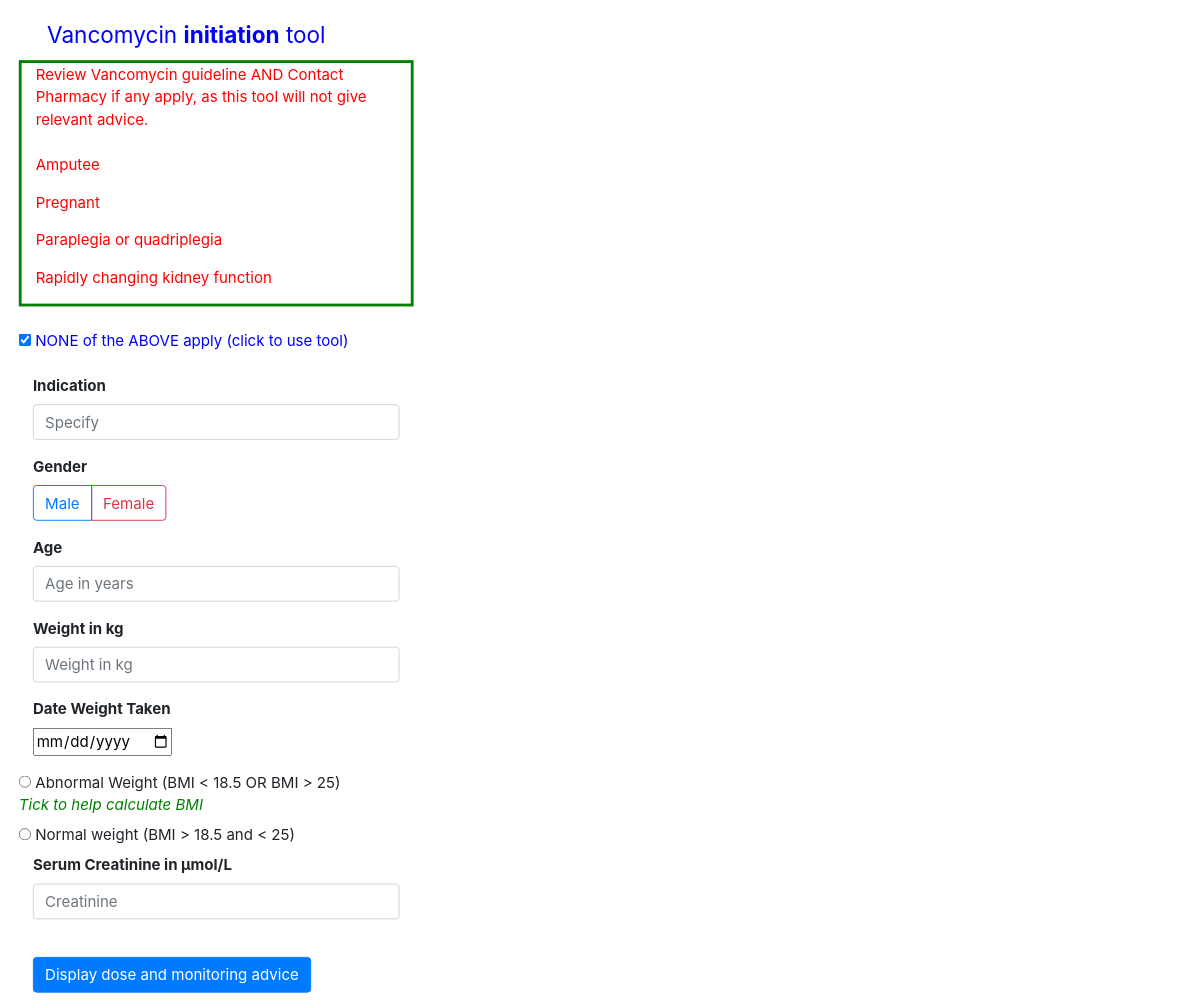
Repository: Mismiles/project-clinical-calculator
Page: index.html
The author's editor kept a record of every edit. The page is drawn from the files as they stood at one moment, then again after the next edit.
The browser window is 1280 px wide. The pictures show the whole page, at 94% of full size.
After loading, the first visible `#showform` was clicked once.

Above is the page before.

### index.html
<!doctype html>
<html lang="en">
  <head>
    <!-- Required meta tags -->
    <meta charset="utf-8">
    <meta name="viewport" content="width=device-width, initial-scale=1, shrink-to-fit=no">

    <!-- Bootstrap CSS -->
    <link rel="stylesheet" href="https://stackpath.bootstrapcdn.com/bootstrap/4.3.1/css/bootstrap.min.css" integrity="sha384-ggOyR0iXCbMQv3Xipma34MD+dH/1fQ784/j6cY/iJTQUOhcWr7x9JvoRxT2MZw1T" crossorigin="anonymous">

    <!-- Custom CSS -->
    <link href="css/stylesheet.css" rel="stylesheet">

    <title>Vancomycin calculation tool</title>

  </head>
  <body>

<form name="vanc">
<fieldset>

<!-- Form Name -->
<legend>Vancomycin <b>initiation</b> tool</legend>

<!-- Parameters -->
<section id='parameters'>
  <div class="col-lg-4 statement" for="parameters" style="color:red">Review Vancomycin guideline AND Contact<br>Pharmacy if any apply, as this tool will not give<br>relevant advice.
    <br>
    <br>
    <p>Amputee</p>
    <p>Pregnant</p>
    <p>Paraplegia or quadriplegia</p>
    <p>Rapidly changing kidney function</p>
	</div>
</section>

<!-- Safe to use tool-->
	<br>
	<div style="color:blue">
      <input type="checkbox" name="parameters" id="showform" onclick="displayForm(); hideParameters();">
      NONE of the ABOVE apply (click to use tool)
</div>

<section id='vancform'>
<!-- Indication-->
<br>
<div class="form-group">
  <label class="col-md-4 control-label" for="indication"><b>Indication</b></label>
  <div class="col-md-4">
  <input id="ind" name="indication" type="text" autocomplete="off" placeholder="Specify" class="form-control input-md" required="">
  </div>
</div>

<!-- Gender -->
<div class="form-group">
  <label class="col-md-4 control-label" for="gender"><b>Gender</b></label>
  <div class="col-md-4">
   <div class="btn-group btn-group-toggle" data-toggle="buttons">
  <label class="btn btn-outline-primary">
    <input type="radio" name="options" id="male" value="males" onclick="getGender()"> Male
  </label>
  <label class="btn btn-outline-danger">
    <input type="radio" name="options" id="female" value="females" onclick="getGender()"> Female
  </label>
</div>
  </div>
</div>

<!-- Age-->
<div class="form-group">
  <label class="col-md-4 control-label" for="age"><b>Age</b></label>
  <div class="col-md-4">
  <input id="age" name="age" type="text" maxlength="3" placeholder="Age in years" autocomplete="off" class="form-control input-md" required="">
  </div>
</div>

<!-- Weight-->
<div class="form-group">
  <label class="col-md-4 control-label" for="weight"><b>Weight in kg</b></label>
  <div class="col-md-4">
  <input id="weight" name="weight" type="text" maxlength="3" placeholder="Weight in kg" autocomplete="off" class="form-control input-md" required="">
</div>
</div>

<!-- Date picker-->
<div class="form-group">
        <label class="col-md-4 control-label" for="date"><b>Date Weight Taken</b></label>
          <div class="col-md-4">
        <input id="form-control input-md date" name="date" autocomplete="off" placeholder="MM/DD/YYY" type="date" required="" onclick="verifyDate()">
          </div>
</div>
<p id="datemessage"></p>

  <div class="checkbox">
    <label for="parameters-0">
      <input type="radio" name="parameters" id="abnormalWeight" value="" onclick="toggleIBW(); displayHeight();">
      Abnormal Weight (BMI &lt; 18.5 OR BMI &gt; 25) <br><span style="color:green"><i>Tick to help calculate BMI</i></span>
    </label>
	</div>

	 <div class="checkbox">
    <label for="parameters-1">
      <input type="radio" name="parameters" id="normalweight" value="" onclick="toggleIBW(); displayHeight();">
      Normal weight (BMI &gt; 18.5 and &lt; 25)
    </label>
	</div>
</div>
</div>

<!-- Height-->
<section id="heightbox" class="form-group">
  <label class="col-md-4 control-label" for="height"><b>Height</b></label>
  <div class="col-md-4">
  <input id="height" name="height" type="text" maxlength="3" autocomplete="off" placeholder="Height in cm" class="form-control input-md" required="">
</div>
</section>

<!-- Creatinine-->
<div class="form-group">
  <label class="col-md-4 control-label" for="creatinine"><b>Serum Creatinine in µmol/L</b></label>
  <div class="col-md-4">
  <input id="creatinine" name="creatinine" type="text" autocomplete="off" maxlength="3" placeholder="Creatinine" class="form-control input-md" data-bind="value:replyNumber" required="">
  </div>
</div>

<!-- Button -->
<div class="form-group">
  <label class="col-md-4 control-label" for="calculate"></label>
  <div class="col-md-4">
    <script type="text/javascript" src="js/calculation.js"></script>
    <button id="calc" name="calculate" type="button" class="btn btn-primary" onclick="runCalcs();" >Display dose and monitoring advice</button>
  </div>
</div>

</fieldset>
</form>
</section>

<section id="dosingAdvice">
<p id="indication" class="text">The indication for treatment is</p>
<p id="stat_dose" class="text">Prescribe STAT dose of</p>
<p id="bmi_calc" class="text">The patient's BMI is</p>
<p id="ibw_text" class="text">The patient's ideal body weight is</p>
<p id="result_g" class="text">The CrCl =</p>
<p id="main_dose" class="text">Therefore prescribe</p>
</section>


<!-- Image carousel -->
  <div id="carouselExampleIndicators" class="carousel slide row" data-ride="carousel">
  <ol class="carousel-indicators">
    <li data-target="#carouselExampleIndicators" data-slide-to="0" class="active"></li>
    <li data-target="#carouselExampleIndicators" data-slide-to="1"></li>
    <li data-target="#carouselExampleIndicators" data-slide-to="2"></li>
    <li data-target="#carouselExampleIndicators" data-slide-to="3"></li>
    <li data-target="#carouselExampleIndicators" data-slide-to="4"></li>
    <li data-target="#carouselExampleIndicators" data-slide-to="5"></li>
    <li data-target="#carouselExampleIndicators" data-slide-to="6"></li>
    <li data-target="#carouselExampleIndicators" data-slide-to="7"></li>
    <li data-target="#carouselExampleIndicators" data-slide-to="8"></li>
    <li data-target="#carouselExampleIndicators" data-slide-to="9"></li>
  </ol>
  <div class="carousel-inner">
    <div class="carousel-item active">
      <img class="d-block w-60" src="images/vanc1.jpg" alt="First slide">
    </div>
    <div class="carousel-item">
      <img class="d-block w-60" src="images/app1.jpg" alt="Second slide">
    </div>
    <div class="carousel-item">
      <img class="d-block w-60" src="images/app2.jpg" alt="Third slide">
    </div>
    <div class="carousel-item">
      <img class="d-block w-60" src="images/app3.jpg" alt="Fourth slide">
    </div>
    <div class="carousel-item">
      <img class="d-block w-60" src="images/app41.jpg" alt="Fifth slide">
    </div>
    <div class="carousel-item">
      <img class="d-block w-60" src="images/app42.jpg" alt="Sixth slide">
    </div>
     <div class="carousel-item">
      <img class="d-block w-60" src="images/app43.jpg" alt="Seventh slide">
    </div>
     <div class="carousel-item">
      <img class="d-block w-60" src="images/app5.jpg" alt="Eigth slide">
     </div>
     <div class="carousel-item">
      <img class="d-block w-60" src="images/app6.jpg" alt="Ninth slide">
     </div>
  </div>

  <a class="carousel-control-prev" href="#carouselExampleIndicators" role="button" data-slide="prev">
    <span class="carousel-control-prev-icon" aria-hidden="true"></span>
    <span class="sr-only">Previous</span>
  </a>
  <a class="carousel-control-next" href="#carouselExampleIndicators" role="button" data-slide="next">
    <span class="carousel-control-next-icon" aria-hidden="true"></span>
    <span class="sr-only">Next</span>
  </a>
</div>


    <!-- jQuery first, then Popper.js, then Bootstrap JS -->
    <script src="https://code.jquery.com/jquery-3.3.1.slim.min.js" integrity="sha384-q8i/X+965DzO0rT7abK41JStQIAqVgRVzpbzo5smXKp4YfRvH+8abtTE1Pi6jizo" crossorigin="anonymous"></script>
    <script src="https://cdnjs.cloudflare.com/ajax/libs/popper.js/1.14.7/umd/popper.min.js" integrity="sha384-UO2eT0CpHqdSJQ6hJty5KVphtPhzWj9WO1clHTMGa3JDZwrnQq4sF86dIHNDz0W1" crossorigin="anonymous"></script>
    <script src="https://stackpath.bootstrapcdn.com/bootstrap/4.3.1/js/bootstrap.min.js" integrity="sha384-JjSmVgyd0p3pXB1rRibZUAYoIIy6OrQ6VrjIEaFf/nJGzIxFDsf4x0xIM+B07jRM" crossorigin="anonymous"></script>

        <!-- Calulation JavaScript Code-->
    <script type="text/javascript" href="js/calculation.js"></script>

  </body>
</html>

### css/stylesheet.css
body {
    position: relative;
    font-size: 1em;
    margin-left: 20px;
    margin-top: 20px;

}

legend {
    padding-left: 30px;
    color: blue;
}

.statement {
 border-style: solid;
 border-color: green;
 white-space: nowrap;
 width: 470px;
 overflow: hidden;
 text-overflow: ellipsis;
  }

 .showform {
     color: blue;
 }

#heightbox{
  display: none;
}

#dosingAdvice{
  display: none;
}

#bmi_calc{
    display: none;
}

#vancform {
  display: none;
}

#parameters{
    display: block;
}

#ibw_text{
    display: block;
}

.text{
    margin-bottom: 2px;
}

.datemessage{
    color: red;
}


.carousel {
  width:740px;
  height:860px;
  display: none !important;
}

### js/calculation.js
//declare global variables
    var w = document.getElementById('weight');
    var a = window.document.getElementById('age');
    var h = window.document.getElementById('height');
    var c = window.document.getElementById('creatinine');
    var m = document.getElementById("male");
    var f = document.getElementById("female");
    var normalweight = document.getElementById('normalweight');

    console.log('connected');

    // this function displays the form when the checkbox is true
    var checkbox = document.getElementById('showform');
    function displayForm() {
        var vancform = document.getElementById('vancform');

        if (checkbox.checked) {
            vancform.style.display = 'block';
        } else {
            vancform.style.display = 'none';
        }
    }

    function hideParameters() {
         if (checkbox.checked) {
            parameters.style.display = 'block';
        } else {
            parameters.style.display = 'none';
        }
    }

    //this function displays the height box if abnormal weight is slected
    function displayHeight() {
        var abnormalWeight = document.getElementById('abnormalWeight');
        var heightbox = document.getElementById('heightbox')
        var normalweight = document.getElementById('normalweight')
        var bmiText = document.getElementById('bmi_calc')

        if (abnormalWeight.checked) {
            heightbox.style.display = 'block';
            bmiText.style.display = 'block';
        } else if (normalweight.checked) {
            heightbox.style.display = 'none';
            bmiText.style.display = 'none';
        }
    }

    //indication statement
    function displayIndication() {
        var ind = document.getElementById('ind').value;
        return document.getElementById('indication').innerHTML = "The indication for treatment is " + "<b>" + ind + "<b>";
    }

        // Initial dose calculation
        var vDose;

        function dose() {
            //get the input
            var weight = w.value;

            if (isNaN(weight)) {
                vDose = "<em>Weight</em>must be a number!";
            } else if (weight < 40) {
                vDose = "750"+"mg";
            } else if (weight >=40 && weight<= 59) {
                vDose = "1000"+"mg";
            } else if (weight >=60 && weight<= 90) {
                vDose = "1500"+"mg";
            } else if (weight >90) {
                vDose = "2000"+"mg";
            }
            document.getElementById("stat_dose").innerHTML = "Prescribe STAT dose of " + "<b>" + vDose + "<b>";
        }


        //Calculate BMI
        var bmi;
        function calculateBmi() {
            var weight = w.value;
            var height = h.value;

            if (isNaN(weight)) {
                bmi = "<em>Weight</em>must be a number!";
            }else if (isNaN(height)) {
                bmi = "<em>Height</em>must be a number!";
            }else if (normalweight.checked) {
                bmi = "normal";
            }else {
                bmi = (weight/(height/100*height/100)).toFixed(2);
        }
            document.getElementById("bmi_calc").innerHTML = "The patient's BMI is  " + "<b>" + bmi +  "<b>";
        }


        // If overweight, calculate IBW
                var IBW;
        function idealBodyWeight () {

            var formula = 0.91 * (h.value - 152.4)

            if (normalweight.checked) {
                 IBW = "normal";
            }else if (bmi > 25 && m.checked) {
                IBW = (50 + formula).toFixed(2);
            }
            else if (bmi > 25 && f.checked) {
                 IBW = (45 + formula).toFixed(2);
            }
            document.getElementById("ibw_text").innerHTML = "The patient's Ideal body weight is  " + "<b>" + IBW + "kg" + "<b>";
        }

        // Crcl without gender or creatinine adjustment
        // var CrCl0;
        // var weight = w.value;
        // var age = a.value;
        // function creatClear() {
        //     var creatinine = c.value;
        //     //get age, weight, creatinie

        //     if (age < 18) {
        //         CrCl0 = "<em>Age</em> cannot equal less than 18!";
        //     } else if (isNaN(age)) {
        //         CrCl0 = "<em>Age</em> must be a number!";
        //     } else if (isNaN(weight)) {
        //         CrCl0 = "<em>Weight</em> must be a number!";
        //     } else if (isNaN(creatinine)) {
        //         CrCl0 = "<em>Creatinine</em> must be a number!";
        //     } else {
        //         CrCl0 = ((140-age)*weight);
        //     }
        // }

        // //CrCl with gender adjustment
        // var genderCalc;
        // function kidneygender(){

        // var male = m.checked;
        // var female = f.checked;
        //     if (male){
        //         genderCalc = CrCl0 *1.23;
        //     } else{
        //         genderCalc = CrCl0 *1.04;
        //     }
        //     document.getElementById("result_g").innerHTML = "The CrCl =  " + "<b>" + (genderCalc/c.value).toFixed(2) + "</b>";
        // }

        var vancRenal;
        function vancCrcl() {
        var male = m.checked;
        var female = f.checked;
        var creatinine = c.value;
        var weight = w.value;
        var age = a.value;

            if (bmi >25 && male){
                vancRenal = ((140-age)* IBW * 1.23)/creatinine;
            }else if (bmi >25 && female){
                vancRenal = ((140-age)* IBW * 1.04)/creatinine;
            }else if (male && normalweight.checked){
                vancRenal = ((140-age)* weight * 1.23)/creatinine;
            }else if (female && normalweight.checked){
                vancRenal = ((140-age)* weight * 1.04/creatinine);
            }
            document.getElementById("result_g").innerHTML = "The CrCl =  " + "<b>" + vancRenal.toFixed(2) + "ml" +"/min" + "</b>";
        }


           var mDose;
    function maintDose() {
            //get the input


             if (isNaN(vancRenal)) {
                mDose = "fill out form properly";
            } else if (vancRenal>= 110) {
                mDose = "1500"+"mg"+" every 12 hours," + " request a drug level on ICE and JAC before the 4th dose. This includes the STAT dose";
            } else if (vancRenal >=90 && vancRenal<= 110) {
                mDose = "1250"+"mg"+" every 12 hours," + " request a drug level on ICE and JAC before the 4th dose. This includes the STAT dose";
            } else if (vancRenal >=75 && vancRenal<= 89) {
                mDose = "1000"+"mg"+" every 12 hours," + " request a drug level on ICE and JAC before the 4th dose. This includes the STAT dose";
            } else if (vancRenal >=55 && vancRenal<= 74) {
                mDose = "750"+"mg"+" every 12 hours," + " request a drug level on ICE and JAC before the 4th dose. This includes the STAT dose";
            } else if (vancRenal >=40 && vancRenal<= 54) {
                mDose = "500"+"mg"+" every 12 hours," + " request a drug level on ICE and JAC before the 4th dose. This includes the STAT dose";
            } else if (vancRenal >=30 && vancRenal<= 39) {
                mDose = "750"+"mg"+" every 24 hours,"+ " request a drug level on ICE and JAC before the 3rd dose. This includes the STAT dose";
            } else if (vancRenal >=20 && vancRenal<= 29) {
                mDose = "500"+"mg"+" every 48 hours," + " request a drug level on ICE and JAC before the 3rd dose. This includes the STAT dose";
            } else if (vancRenal >=10 && vancRenal<= 20) {
                mDose = "500"+"mg"+" every 48 hours," + " request a drug level on ICE and JAC before the 2nd dose. This includes the STAT dose";
            } else if (vancRenal <=10) {
                mDose = "500"+"mg"+" every 48 hours,"+ " request a drug level on ICE every 24 hours. This includes the STAT dose";
            }


            document.getElementById("main_dose").innerHTML = "Prescribe maintenance dose of " + "<b>" + mDose + "<b>";
        }


        function runCalcs() {
            dose();
            calculateBmi();
            displayIndication();
            idealBodyWeight();
            vancCrcl();
            maintDose();
        }


        ///Vancomycin initiation dosing tool (all in bold)
        ///put not suitable for those ALREADY ON VANCOMYCIN
        /// Make calendar obvious

After the next edit:
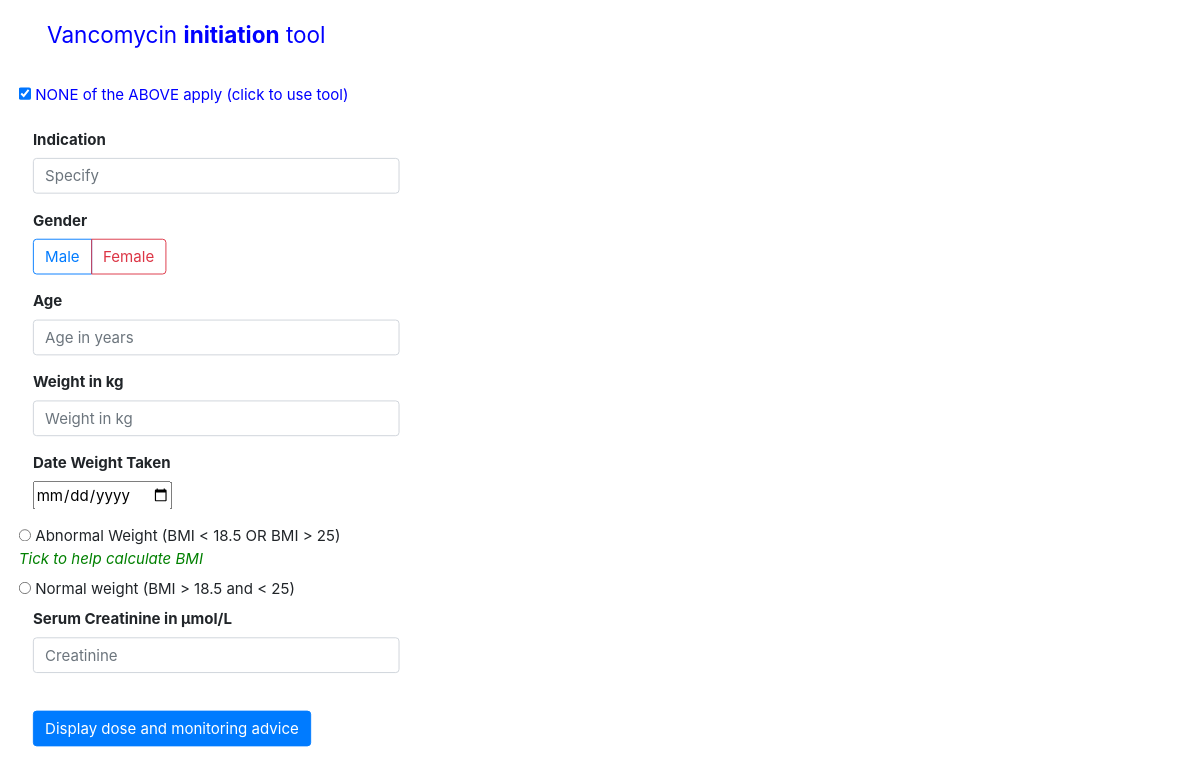
The edit:
--- a/js/calculation.js
+++ b/js/calculation.js
@@ -23,7 +23,7 @@
 
     function hideParameters() {
          if (checkbox.checked) {
-            parameters.style.display = 'block';
+            parameters.style.display = 'none';
         } else {
             parameters.style.display = 'none';
         }
